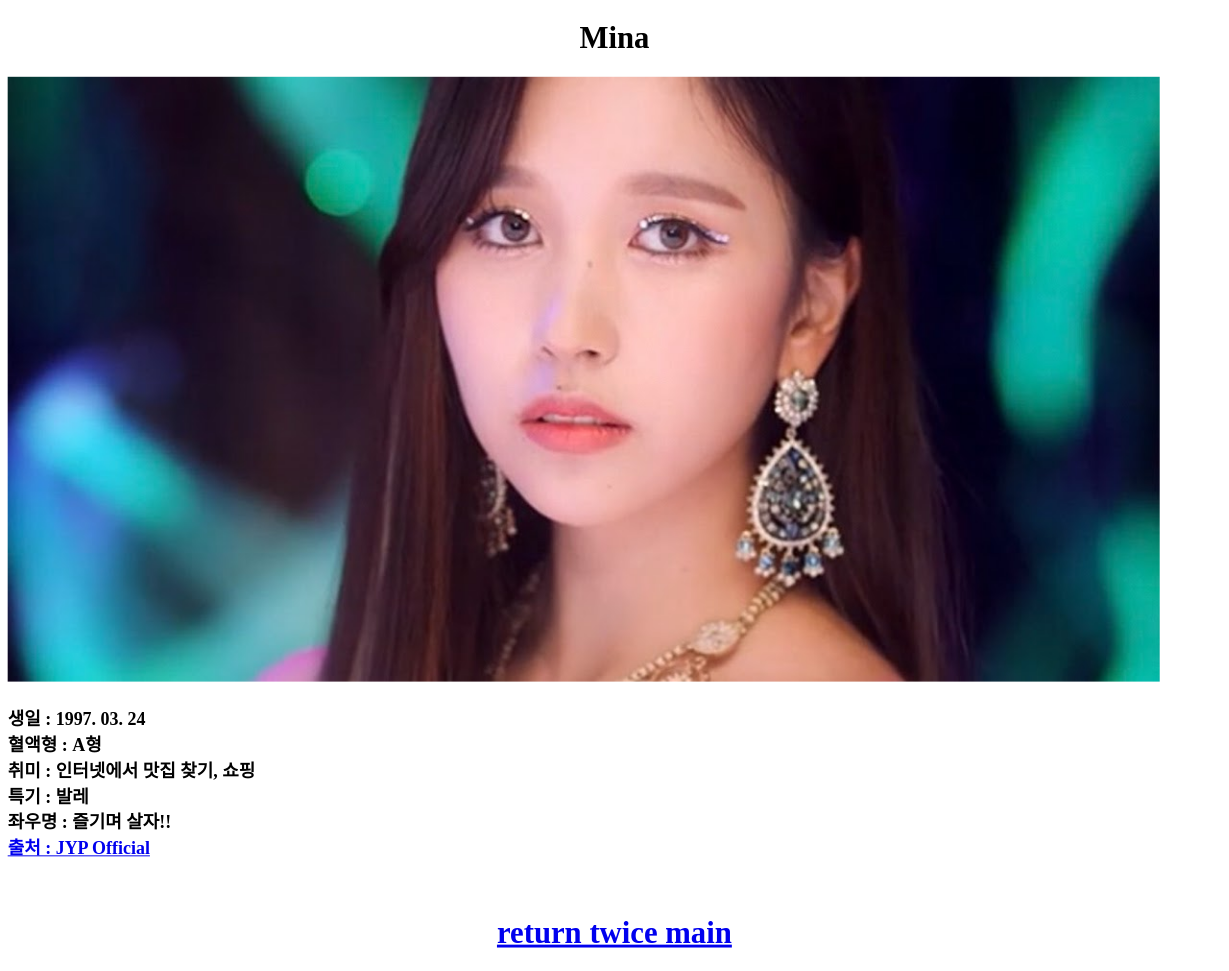
Repository: lbj0314/webTest
Page: Html_2/WebContent/media/mina.html
An editor plug-in stored every save of this project. The page is shown before and after the next save, followed by the edit.
The browser window is 1280 px wide. The pictures show the whole page, at 96% of full size.

Above is the page before, as saved 2019-10-15 02:30:07.

After the next save:
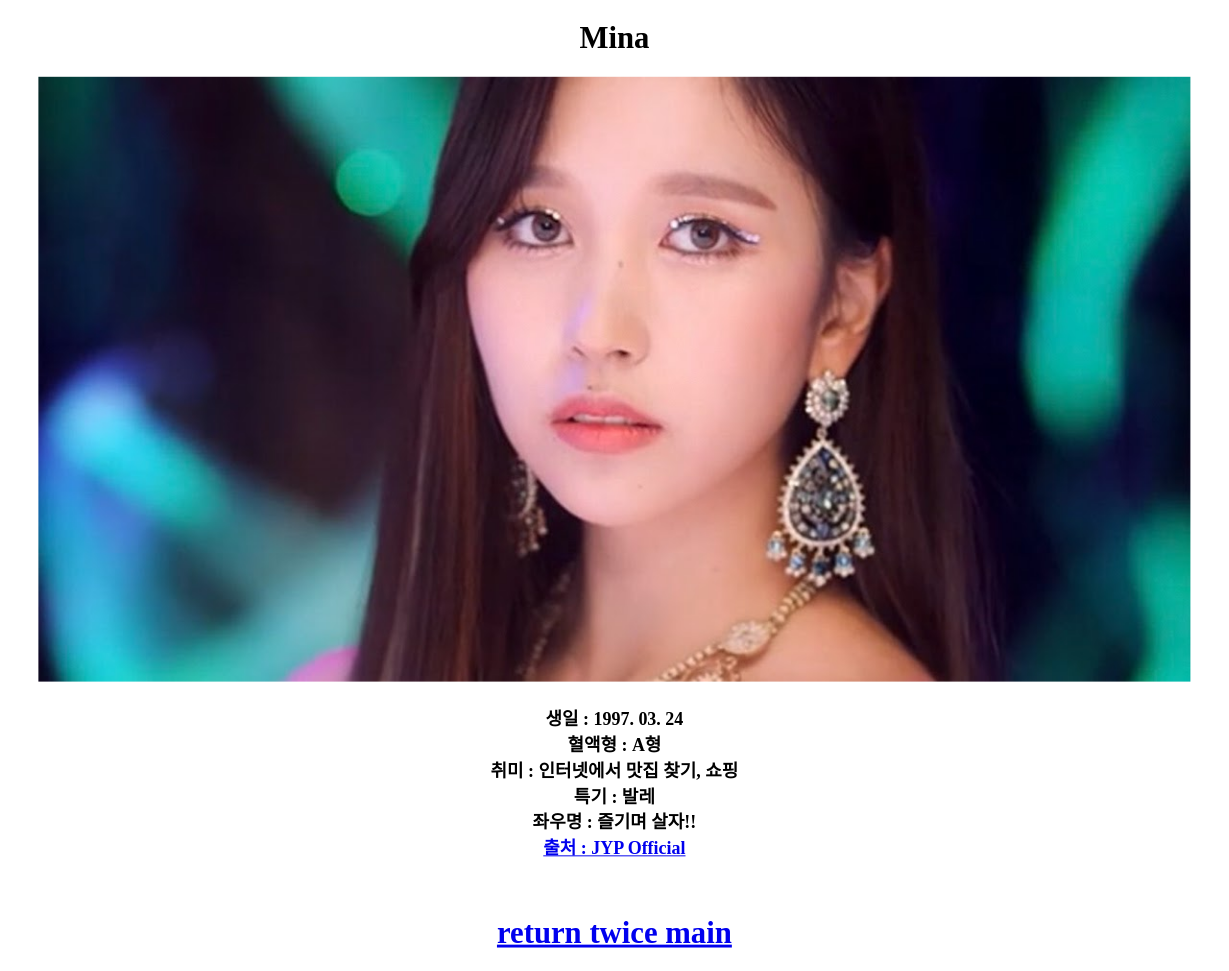
Saved 35 s later.
--- a/Html_2/WebContent/media/mina.html
+++ b/Html_2/WebContent/media/mina.html
@@ -6,9 +6,9 @@
 </head>
 <body>
 <h1 align="center">Mina</h1>
-<p>
+<p align="center">
 <img src="/Html_2/imgs/mina.jpg">
-<h3>
+<h3 align="center">
 생일 : 1997. 03. 24 <br>
 혈액형 : A형<br>
 취미 : 인터넷에서 맛집 찾기, 쇼핑<br>
